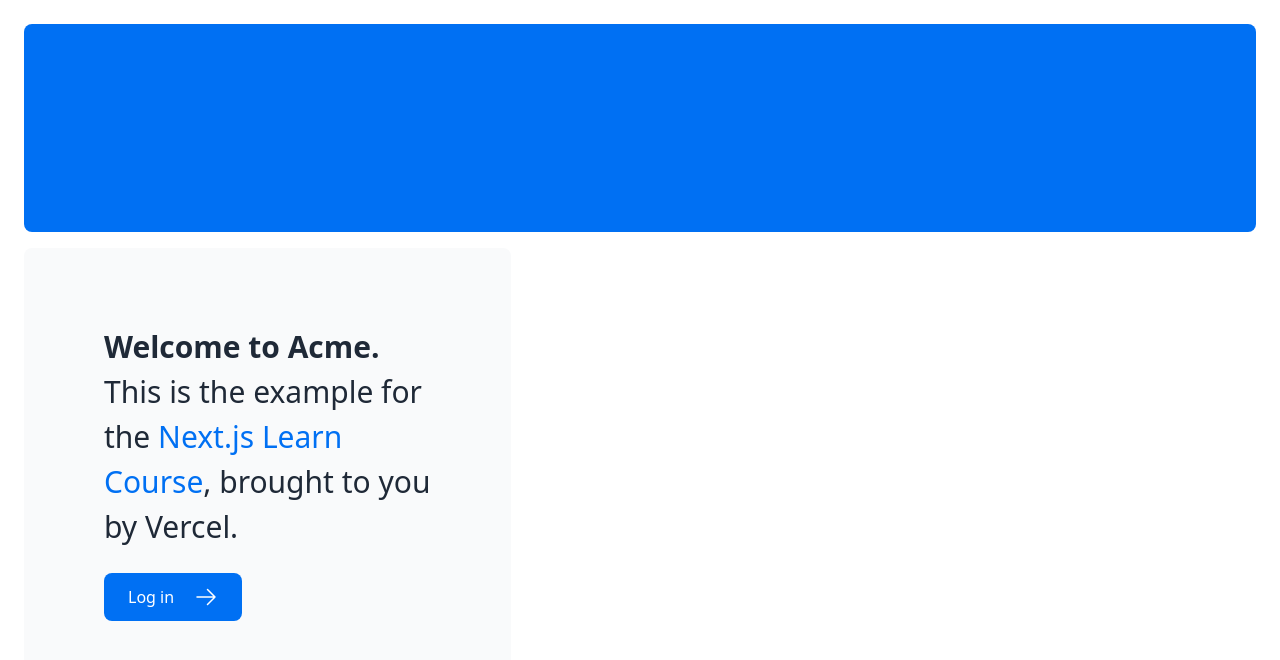
Repository: nooruddine/nfa-app
Page: /
The author's editor kept a copy of each file at every save. The page is drawn from the files as they stood at one save, then again after a run of saves.
The browser window is 1280 px wide. The pictures show the whole page.
The project was rebuilt for these pictures with package versions that can differ from the ones it lists, and the page was loaded fresh each time. The framework's server and built-in components were replaced by stand-ins that run in the browser. Also part of the build but not shown: next.config.mjs.

Above is the page before, as saved 2024-08-22 23:00:26.

### app/layout.tsx

import '@/app/ui/global.css';

export default function RootLayout({
  children,
}: {
  children: React.ReactNode;
}) {
  return (
    <html lang="en">
      <body>{children}</body>
    </html>
  );
}

### app/page.tsx
import AcmeLogo from '@/app/ui/acme-logo';
import { ArrowRightIcon } from '@heroicons/react/24/outline';
import Link from 'next/link';
import styles from '@/app/ui/home.module.css';
export default function Page() {
  return (
    <main className="flex min-h-screen flex-col p-6">
      <div className="flex h-20 shrink-0 items-end rounded-lg bg-blue-500 p-4 md:h-52">
        {/* <AcmeLogo /> */}
      </div>
      <div className="mt-4 flex grow flex-col gap-4 md:flex-row">
        <div className="flex flex-col justify-center gap-6 rounded-lg bg-gray-50 px-6 py-10 md:w-2/5 md:px-20">
          <p className={`text-xl text-gray-800 md:text-3xl md:leading-normal`}>
            <strong>Welcome to Acme.</strong> This is the example for the{' '}
            <a href="https://nextjs.org/learn/" className="text-blue-500">
              Next.js Learn Course
            </a>
            , brought to you by Vercel.
          </p>
          <Link
            href="/login"
            className="flex items-center gap-5 self-start rounded-lg bg-blue-500 px-6 py-3 text-sm font-medium text-white transition-colors hover:bg-blue-400 md:text-base"
          >
            <span>Log in</span> <ArrowRightIcon className="w-5 md:w-6" />
          </Link>
        </div>
        <div className="flex items-center justify-center p-6 md:w-3/5 md:px-28 md:py-12">
          {/* Add Hero Images Here */}
        </div>
      </div>
    </main>
  );
}

Loaded but not shown: app/ui/global.css (common file); tailwind.config.ts (common file); app/ui/home.module.css (common file)

After the next 5 saves:
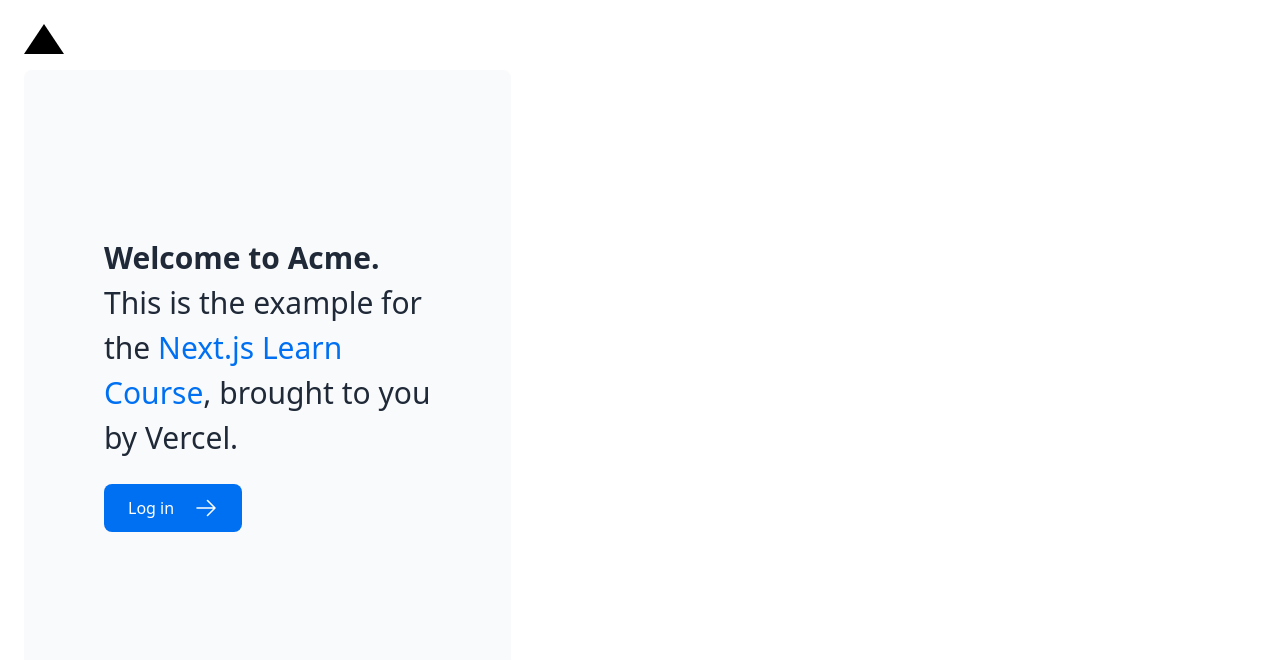
The 5 saves are shown as one change because they came seconds apart.
The last was saved 29 s later.
--- a/app/page.tsx
+++ b/app/page.tsx
@@ -5,7 +5,7 @@
 export default function Page() {
   return (
     <main className="flex min-h-screen flex-col p-6">
-      <div className="flex h-20 shrink-0 items-end rounded-lg bg-blue-500 p-4 md:h-52">
+      <div className={styles.shape}>
         {/* <AcmeLogo /> */}
       </div>
       <div className="mt-4 flex grow flex-col gap-4 md:flex-row">

After the save that followed:
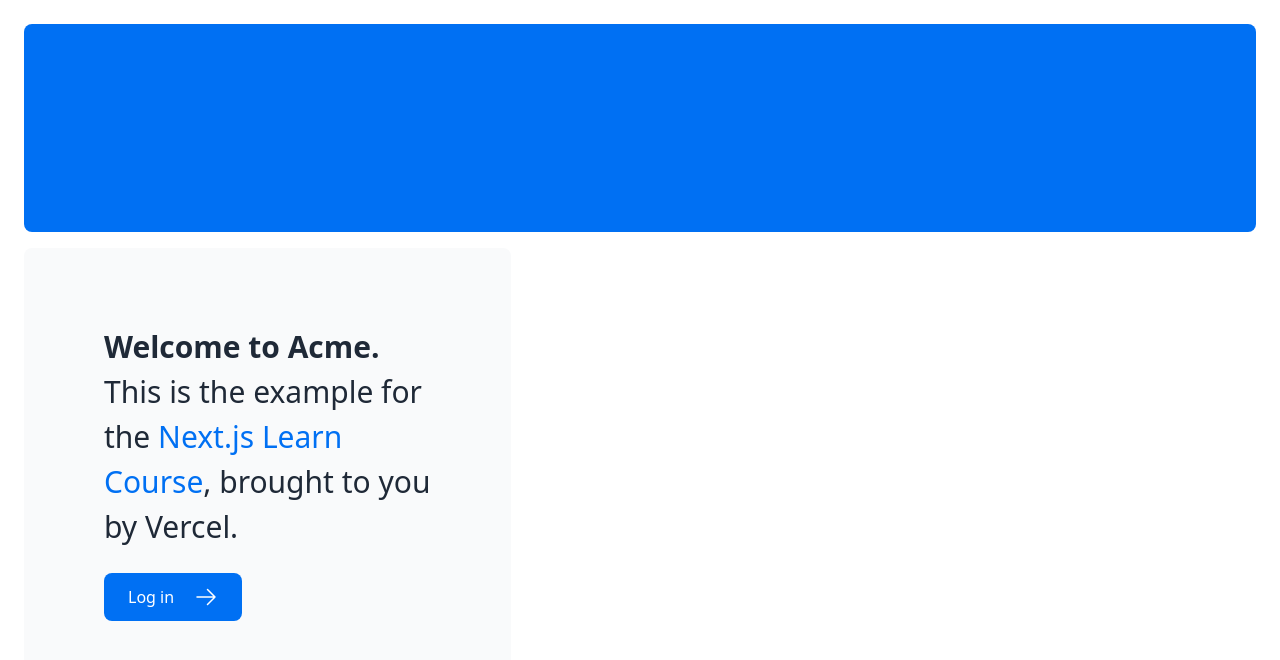
Saved 41 s later.
--- a/app/page.tsx
+++ b/app/page.tsx
@@ -5,7 +5,7 @@
 export default function Page() {
   return (
     <main className="flex min-h-screen flex-col p-6">
-      <div className={styles.shape}>
+      <div className="flex h-20 shrink-0 items-end rounded-lg bg-blue-500 p-4 md:h-52">
         {/* <AcmeLogo /> */}
       </div>
       <div className="mt-4 flex grow flex-col gap-4 md:flex-row">
